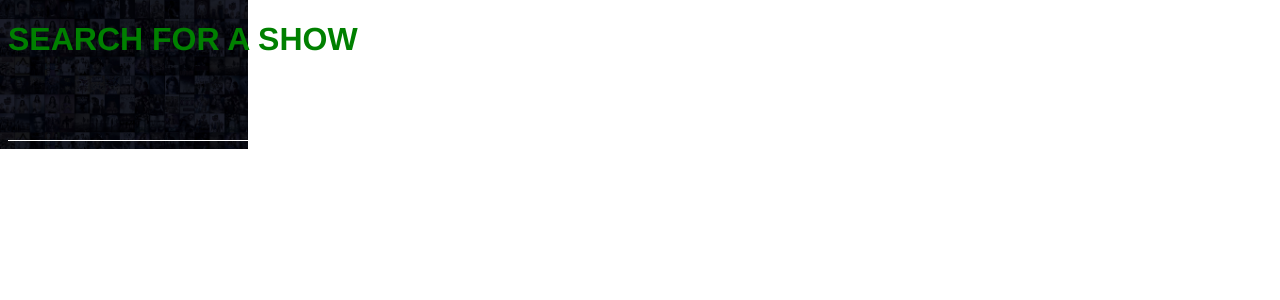
Repository: danielBorowik/tv-series
Page: /#/
An editor plug-in stored every save of this project. The page is shown before and after the next save, followed by the edit.
The browser window is 1280 px wide. The pictures show the whole page.
The project was rebuilt for these pictures with package versions that can differ from the ones it lists, and the page was loaded fresh each time. Also part of the build but not shown: src/components/searchItem.vue, src/components/modal.vue.

Above is the page before, as saved 2019-12-29 16:06:08.

### public/index.html
<!DOCTYPE html>
<html lang="en">
  <head>
    <meta charset="utf-8">
    <meta http-equiv="X-UA-Compatible" content="IE=edge">
    <meta name="viewport" content="width=device-width,initial-scale=1.0">
    <link rel="icon" href="<%= BASE_URL %>favicon.ico">
    <title>tvseries</title>
  </head>
  <body>
    <noscript>
      <strong>We're sorry but tvseries doesn't work properly without JavaScript enabled. Please enable it to continue.</strong>
    </noscript>
    <div id="app"></div>
    <!-- built files will be auto injected -->
  </body>
</html>

### src/App.vue
<template>
  <div id="app">
    <router-view/>
  </div>
</template>

<script>

</script>

<style lang="scss">

body {
    background-image: url('./assets/bgc.jpg');
    background-repeat: no-repeat;
    background-size: contain;
  }

#app {
  font-family: 'Avenir', Helvetica, Arial, sans-serif;
  -webkit-font-smoothing: antialiased;
  -moz-osx-font-smoothing: grayscale;
}

</style>

### src/router/index.js
import Vue from 'vue';
import VueRouter from 'vue-router';
import search from '../components/search.vue';

Vue.use(VueRouter);

const routes = [
  {
    path: '/',
    name: 'search',
    component: search,
  },
];

const router = new VueRouter({
  routes,
});
export default router;

// {
//   path: '/about',
//   name: 'about',
//   // route level code-splitting
//   // this generates a separate chunk (about.[hash].js) for this route
//   // which is lazy-loaded when the route is visited.
//   component: () => import(/* webpackChunkName: "about" */ '../views/About.vue'),
// },

### src/components/search.vue
<template>
<div>
  <h1>SEARCH FOR A SHOW</h1>
  <searchinput v-model="textInput" @input="search"></searchinput>
  <p v-if="loading">IS LOADING!</p>
    <div v-if="searchResults && !loading">
      <searchItem
      v-for="item in searchResults.data"
      :key="item.show.id"
      :show="item.show"
      @click.native="openModal(item.show)"
      >
      </searchItem>
    </div>

    <!-- <div class="results" v-if="results && !loading && step === 1">
      <Item v-for="item in results" :item="item" :key="item.data[0].nasa_id"
      @click.native="handleModalOpen(item)" />
    </div> -->
<modal v-if="isModalOpened" :show="displayedShow" @closeModal="isModalOpened = false"> </modal>
</div>
</template>

<script>
import debounce from 'lodash.debounce';
import axios from 'axios';
import searchinput from './searchinput.vue';
import searchItem from './searchItem.vue';
import modal from './modal.vue';


const API = 'http://api.tvmaze.com/search/shows?q=';

export default {
  name: 'search',
  data() {
    return {
      textInput: '',
      searchResults: '',
      loading: '',
      isModalOpened: false,
      displayedShow: '',
    };
  },
  components: {
    searchinput,
    searchItem,
    modal,
  },
  computed: {

  },
  methods: {
    search: debounce(function () {
      this.loading = true;
      axios.get(`${API}${this.textInput}`)
        .then((response) => {
          console.log(response);
          console.log(response.data[0].show.name);
          this.searchResults = response;
          this.loading = false;
        })
        .catch((error) => {
          console.log(error);
        });
    }, 500),
    openModal(item) {
      console.log(item);
      this.displayedShow = item;
      this.isModalOpened = true;
    },
  },
};

</script>

<style lang="scss">

h1 {
  color: green;
}

</style>

### src/components/searchinput.vue
<template>

  <input  value="to jest komponent" @input="handler"/>

</template>

<script>

export default {
  name: 'searchinput',
  methods: {
    handler(e) {
      this.$emit('input', e.target.value);
    },
  },
};

</script>

<style>
  input {
    margin-top: 50px;
    display: flex;
    width: 250px;
    color: white;
    text-align: center;
    font-size: 18px;
    font-weight: 300;
    height: 30px;
    border: 0;
    background: none;
    border-bottom: 1px solid white;
    transition: box-shadow .3s ease-out;

    @media (min-width: 1024px) {
      font-weight: 400;
    }
  }

  input:focus {
    outline: none;
    box-shadow: 0 10px 20px -8px rgba(255,255,255, .5);
  }

  .dark {
    color: #1e3d4a;
    border-bottom-color: #1e3d4a;
  }

  .dark:focus {
    box-shadow: 0 10px 20px -8px rgba(#1e3d4a, .2);
  }
</style>

Loaded but not shown: src/main.js (common file)

After the next save:
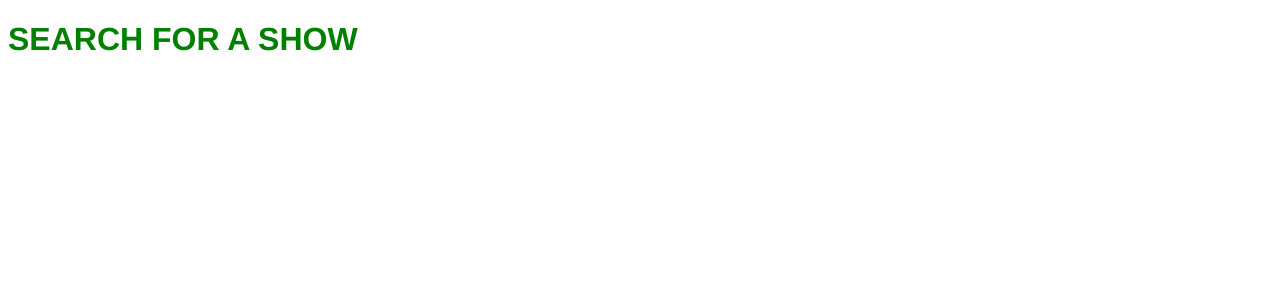
Saved 6 s later.
--- a/src/App.vue
+++ b/src/App.vue
@@ -10,12 +10,6 @@
 
 <style lang="scss">
 
-body {
-    background-image: url('./assets/bgc.jpg');
-    background-repeat: no-repeat;
-    background-size: contain;
-  }
-
 #app {
   font-family: 'Avenir', Helvetica, Arial, sans-serif;
   -webkit-font-smoothing: antialiased;
